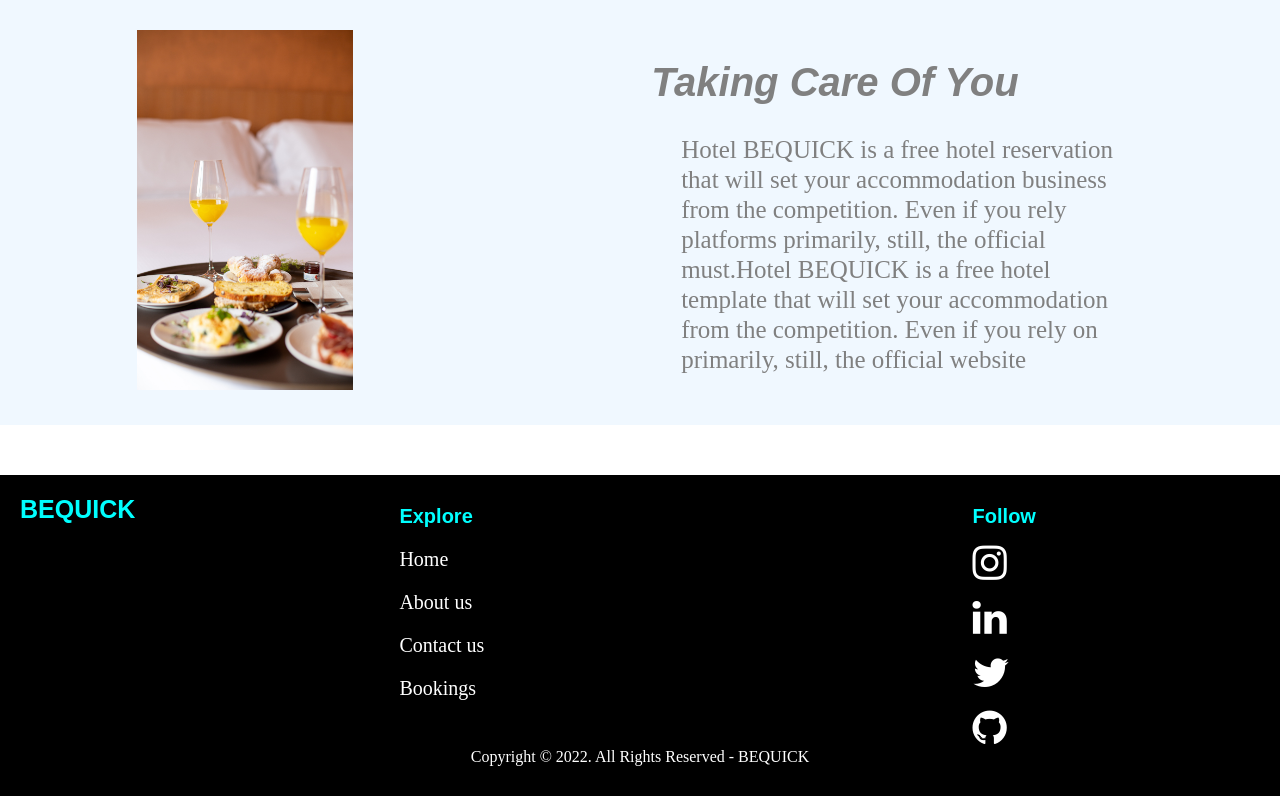
Repository: Ayushi6Sharma/BEQUICK_Hotel_Booking_Web
Page: html/aboutus.html
The author's editor kept a copy of each file at every save. The page is drawn from the files as they stood at one save, then again after the next save.
The browser window is 1280 px wide. The pictures show the part of the page from y = 1005 to 1801 px (the page is 1801 px tall).
A picture or video elsewhere on the page could not be fetched, so the positions and the page height are approximate.

Above is the page before, as saved 2022-05-12 00:45:47.

### html/aboutus.html
<!DOCTYPE html>
<html lang="en">
<head>
    <meta charset="UTF-8">
    <meta http-equiv="X-UA-Compatible" content="IE=edge">
    <meta name="viewport" content="width=device-width, initial-scale=1.0">
    <link rel="stylesheet" href="https://stackpath.bootstrapcdn.com/font-awesome/4.7.0/css/font-awesome.min.css" integrity="sha384-wvfXpqpZZVQGK6TAh5PVlGOfQNHSoD2xbE+QkPxCAFlNEevoEH3Sl0sibVcOQVnN" crossorigin="anonymous">
    <link rel="stylesheet" href="../style/style.css">
    <link rel="stylesheet" href="../style/aboutus.css">
    <link rel="stylesheet" href="../style/mediaqueries.css">
    <title>About us</title>
</head>
<body>
    <main>
        <nav class="nav">
            <ul class="nav-list">
                <span class="logo">BEQUICK</span>
                <li><a href="../index.html">Home</a></li>
                <li><a href="aboutus.html">About us</a></li>
                <li><a href="contactus.html">Contact us</a></li>
                <li><a href="booking.html">Bookings</a></li>
            </ul>
        </nav>
        <!-- section 1  -->
        <section class="hotel-about-image">
            <div class="hotel-main-image-content">
                Know Anything About US
                <br>NOW OR ANYTIME
            </div>
            <div class="bookings-btn">Bookings</div>
        </section>
        <!--  section 2 -->
        <section class="section2">
            <!-- about 1 -->
            <div class="about-1">
                <div class="about-1-area">
                    <div class="about-header">
                        Few words about us
                    </div>
                    <div class="about-content">
                        At BEQUICK Hotel Group we strive to be the first
                        <br>choice in the mind of guests, owners and talent.
                        <br>In our journey to achieve this, we practice strong
                        <br>beliefs and actions that respect the diversity of
                        <br>people, the community, ethics and the planet.
                    </div>
                </div>
                <div>
                    <img src="../images/hotel-img-4.jpg" class="about-image">
                </div>
            </div>
            <!-- about 2 -->
            <div class="about-1">
                <div>
                    <img src="../images/hotel-img-8.jpg" class="about-image">
                </div>
                <div class="about-1-area">
                    <div class="about-header">
                        Taking Care Of You
                    </div>
                    <div class="about-content">
                        Hotel BEQUICK is a free hotel reservation
                        <br>that will set your accommodation business
                        <br>from the competition. Even if you rely
                        <br>platforms primarily, still, the official
                        <br>must.Hotel BEQUICK is a free hotel
                        <br>template that will set your accommodation
                        <br>from the competition. Even if you rely on
                        <br>primarily, still, the official website
                    </div>
                </div>
            </div>
        </section>

                <!-- footer -->
                <footer>
                    <div class="footer">
                        <div class="logo" id="footer-logo">BEQUICK</div>
                        <div class="footer-flex">
                            <!-- <div class="logo" id="footer-logo">BEQUICK</div> -->
                            <div class="footer-list">
                                <ul class="footer-list-1">
                                    <div class="footer-list-heading">Explore</div>
                                    <li><a href="index.html">Home</a></li>
                                    <li><a href="./html/aboutus.html">About us</a></li>
                                    <li><a href="./html/contactus.html">Contact us</a></li>
                                    <li><a href="./html/booking.html">Bookings</a></li>
                                </ul>
                            </div>
                            <!-- <div class="footer-list">
                                <ul class="footer-list-2">
                                    <div class="footer-list-heading">Legal</div>
                                    <li>Terms</li>
                                    <li>Privacy</li>
                                </ul>
                            </div> -->
                            <div class="footer-list">
                                <ul class="footer-list-3">
                                    <div class="footer-list-heading">Follow</div>
                                    <li>
                                        <a href="#"><i class="fa fa-instagram fa-2x"></i></a>
                                    </li>
                                    <li>
                                        <a href="#"><i class="fa fa-linkedin fa-2x"></i></a>
                                    </li>
                                    <li>
                                        <a href="#"><i class="fa fa-twitter fa-2x"></i></a>
                                    </li>
                                    <li>
                                        <a href="#"><i class="fa fa-github fa-2x"></i></a>
                                    </li>
                                </ul>
                            </div>
                        </div>
                        <!-- copyright -->
                        <div class="copyright">
                            Copyright &copy; 2022. All Rights Reserved - BEQUICK
                        </div>
                    </div>
                </footer>
    </main>
</body>
</html>

### style/style.css
*
{
    padding: 0px;
    margin: 0px;
    box-sizing: border-box;
}
/* nav */
.nav
{
    background-color: black;
}
.nav-list
{
    list-style-type:none;
    width: 100%;
    text-align: end;
}
.nav-list > li
{
    display: inline-block;
    padding: 25px;
    font-size: 18px;
}
.nav-list li a
{
    text-decoration: none;
    color:white;
}
.nav-list li a:hover
{
    color: aquamarine;
}
.logo
{
    padding: 20px;
    color:aqua;
    float: left;
    font:bolder 25px sans-serif;
}
/* section 1 */
/* main image */
.hotel-img-2
{
    width: 100%;
    height:500px;
}
.hotel-main-image
{
    background-image:url('../images/hotel-img-5.jpg');
    height:500px;
    width:100%;
    background-size:cover;
    text-align: center;
}
.hotel-main-image-content
{
    padding-top:10%;
    font:bold 45px sans-serif;
    color:white;
    padding-bottom: 2%;
    line-height: 70px;
}
.bookings-btn
{
    width:250px;
    height: 60px;
    background-image:linear-gradient(to right,black,aqua);
    color:white;
    border-radius: 40px;
    text-align: center;
    padding-top: 15px;
    font:25px sans-serif;
    margin:auto;
    cursor:pointer;
}

/* section 2 */
.flex1-container1
{
    display: flex;
    flex-direction: row;
    flex-wrap: wrap;
    margin-top: 40px;
    justify-content: space-around;
    align-content:space-around;
}
.flex1-container1 > div
{
    margin-top:20px;
}
/* Facilities */
.section2-facilities
{
    text-align: center;
    margin-top:50px;
}
.main-facilities
{
    font:bold 60px sans-serif;
}
.main-facilities-lower
{
    font-size: 30px;
    font-style: italic;
    color:grey;
}
.facilities
{
    width:300px;
    height:300px;
    text-align:center;
    border-radius: 40px;
    box-shadow: 3px 2px 10px 1px lightgrey;
}
.facilities i{
    margin-top: 25%;
    color:aqua;
}
.facilities-content
{   margin-top: 30px;
    font: 25px sans-serif;
    color:grey;
}
/* section 3 */
.about{
    margin-top: 50px;
    display: flex;
    flex-wrap: wrap;
}
.about-image
{
    width:90%;
    height:400px;
}
.about-content
{
    background-color:aliceblue;
    color:grey;
    padding: 30px;
}
.about-content-1
{
    font:bold 40px sans-serif;
    font-style: italic;
    margin-top: 30px;
}
.about-content-2
{
    word-wrap: break-word;
    font-size: 20px;
    padding-top: 30px;
    margin-bottom: 20px;
}
.about-btn
{   font:25px sans-serif;
    width:250px;
    height: 60px;
    background-image:linear-gradient(to right,black,aqua);
    color:white;
    border-radius: 40px;
    text-align: center;
    padding-top: 15px;
    border: none;
    margin: auto;
}

/* section 4 */

.flex2-container2
{
    display: flex;
    justify-content: space-around;
    margin-top: 50px;
    text-align: center;
    align-content:space-around;
    flex-wrap: wrap;
}
.location
{
    width:300px;
    height:300px;
    text-align:center;
    border-radius: 40px;
    box-shadow: 3px 2px 10px 1px lightgrey;
}
.location i
{
    color:aqua;
    padding-top: 25%;
}
.location-content
{
    font:22px sans-serif;
    padding-top: 25px;
    color:grey;
}

/* footer */
.footer{
    background-color: black;
}
.footer-flex
{
    display: flex;
    justify-content: space-around;
    margin-top: 50px;
}
.footer-list-heading
{
    font:bold 20px sans-serif;
    color:aqua;
    margin-top:30px;
}
.footer-list  ul li a
{
    list-style-type: none;
    color:white;
    font-size: 20px;
    text-decoration: none;
}
.footer-list-1 >li
{
    padding-top:20px;
}
.footer-list-2 >li
{
    padding-top:20px;
}
.footer-list-3 i
{
    padding-top: 15px;
    color: white;
}
/* copyright */
.copyright
{
    text-align: center;
    color:white;
    font:italic bold sans-serif;
    padding-bottom: 30px;
}
/* media queries */

### style/aboutus.css
.hotel-about-image
{
    background-image:url('../images/hotel-img-7.jpg');
    height:500px;
    width:100%;
    background-size:cover;
    text-align: center;
}
/* section 2 */
.section2
{
background-color:aliceblue;
}
.about-1{
    margin-top: 50px;
    display: flex;
    justify-content: space-around;
    flex-wrap: wrap;
    background-color:aliceblue;
    color:grey;
}
.about-image
{
    width:90%;
    height:360px;
}
.about-header
{
    font:bold 40px sans-serif;
    font-style: italic;
    margin-top: 30px;
}
.about-content
{
    word-wrap: break-word;
    font-size: 25px;
    padding-top: 30px;
    margin-bottom: 20px;
    line-height: 30px;
}

### style/mediaqueries.css
/* index.html */
@media screen and (max-width:480px){
    /* index.html */
    .nav-list >li
    {
        width:100%;
        text-align: center;
    }
    .hotel-main-image
    {
        height: 400px;
    }
    .hotel-main-image-content
    {
        font-size:30px;
        line-height: 60px;
    }
    .bookings-btn
    {
        margin-top: 10%;
    }
    .main-facilities
    {
        font-size: 40px;
    }
    .main-facilities-lower
    {
        font-size: 25px;
    }
    .facilities-content
    {
        font-size: 20px;
    }
    .about-image
    {
        width:100%;
    }
    .about-content-1
    {
        font-size: 40px;
        padding-left: 20px;
    }
    .about-content-2
    {
        font-size: 18px;
        text-align: center;
        padding-left: 20px;
    }
    .about-btn
    {
        margin-bottom: 20px;
    }
    .flex2-container2 > div
    {
        margin-top: 20px;
    }
    .location-content
    {
        font-size: 20px;
    }
    .footer-list  ul li a
    {
        font-size: 18px;
    }
    /* about.html */
    .about-header
    {
        font-size: 30px;
        text-align: center;
    }
    .about-content
    {
        font-size: 20px;
    }
}
@media screen and (min-width:480px) and (max-width:768px){
    .nav-list >li
    {
        width:100%;
        text-align: center;
    }

    .hotel-main-image-content
    {
        font-size:40px;
        line-height: 60px;
        padding-top: 20%;
    }
    .bookings-btn
    {
        margin-top: 5%;
    }
    .main-facilities
    {
        font-size: 40px;
    }
    .main-facilities-lower
    {
        font-size: 25px;
    }
    .facilities-content
    {
        font-size: 20px;
    }
    .about-image
    {
        width:100%;
    }
    .about-content-1
    {
        font-size: 40px;
        margin: auto;
    }
    .about-content-2
    {
        font-size: 18px;
        text-align: center;
        padding-left: 20px;
    }
    .about-btn
    {
        margin-bottom: 20px;
    }
    .flex2-container2 > div
    {
        margin-top: 20px;
    }
    .location-content
    {
        font-size: 20px;
    }
    .footer-list  ul li a
    {
        font-size: 18px;
    }
     /* about.html */
     .about-header
     {
         font-size: 30px;
         text-align: center;
     }
     .about-content
     {
         font-size: 20px;
     }
}
@media screen and (min-width:769px) and (max-width:1200px)
{
    .about-content
    {
        margin: auto;
    }
    .mid-about-image
    {
        margin: auto;
    }
    .flex2-container2 > div
    {
        margin-top: 20px;
    }
}

After the next save:
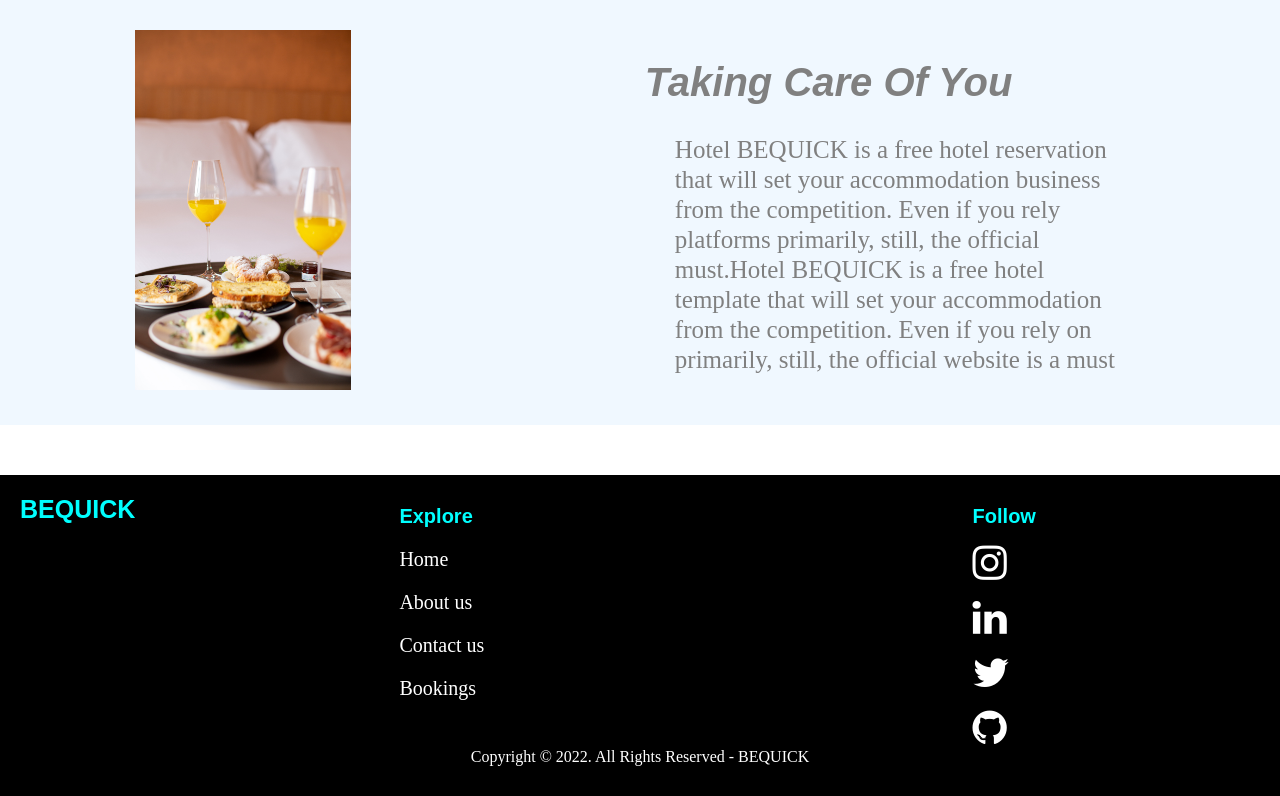
Saved 26 s later.
--- a/html/aboutus.html
+++ b/html/aboutus.html
@@ -66,7 +66,7 @@
                         <br>must.Hotel BEQUICK is a free hotel
                         <br>template that will set your accommodation
                         <br>from the competition. Even if you rely on
-                        <br>primarily, still, the official website
+                        <br>primarily, still, the official website is a must
                     </div>
                 </div>
             </div>
